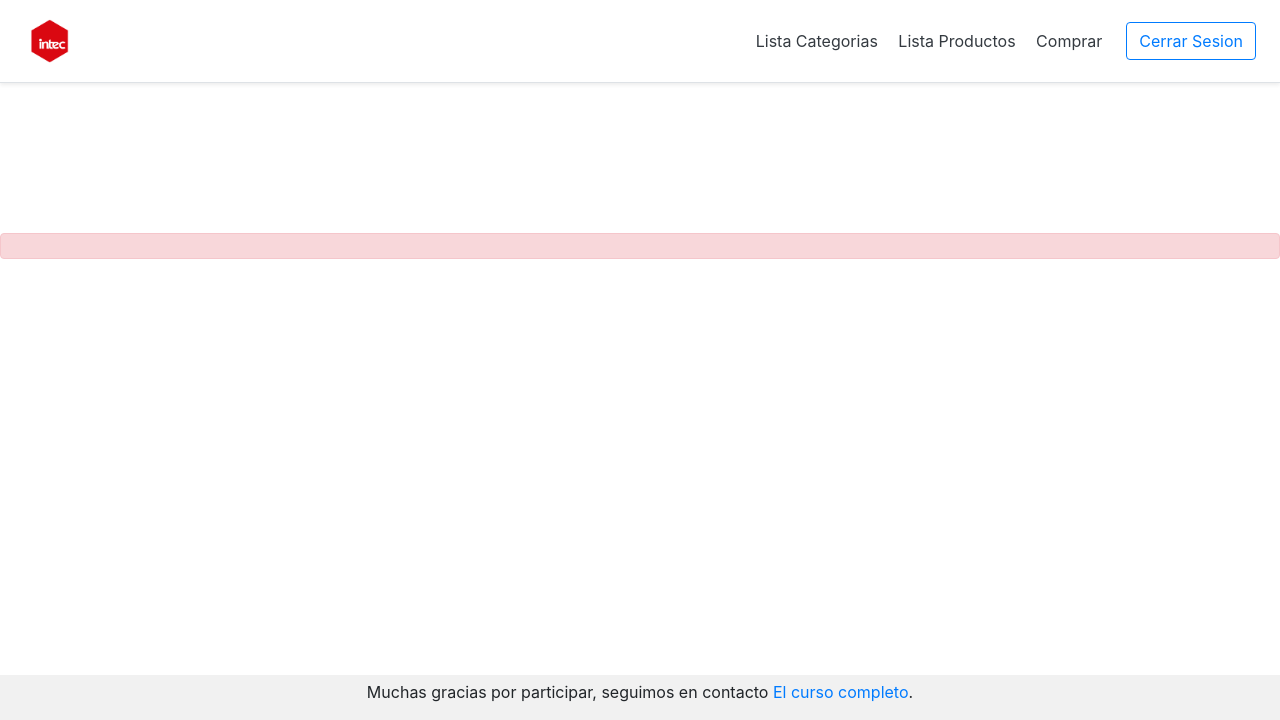
Repository: resttechsolutions/onlineStore
Page: home.html
An editor plug-in stored every save of this project. The page is shown before and after a run of saves, followed by the edit.
The browser window is 1280 px wide. The pictures show the whole page.

Above is the page before, as saved 2020-09-05 18:28:40.

### home.html
<!DOCTYPE html>
<html lang="en">
<head>
    <meta charset="UTF-8">
    <meta name="viewport" content="width=device-width, initial-scale=1.0">
    <title>HomePage</title>
    <link rel="stylesheet" href="Assets/Lib/Bootstrap/css/bootstrap.css">
    <link rel="stylesheet" href="Assets/Css/home.css">
</head>
<body>
    <div class="d-flex flex-column flex-md-row align-items-center p-3 px-md-4 mb-3 bg-white border-bottom shadow-sm">
        <h5 class="my-0 mr-md-auto font-weight-normal">
            <img src="Assets/Img/logo-intec.jpg" style="height:50px" alt="Avatar" class="avatar">
        </h5>
        <nav class="my-2 my-md-0 mr-md-3">
            <a class="p-2 text-dark" href="#">Lista Categorias</a>
            <a class="p-2 text-dark" href="#">Lista Productos</a>
            <a class="p-2 text-dark" href="#">Comprar</a>

        </nav>
        <a id="btn-cerrarSesion" class="btn btn-outline-primary" href="#">Cerrar Sesion</a>
    </div>

    <main role="main" class="text-center">
        <div id="divError" style="display: none" class="alert"></div>
        <div id="PageOk">
            <h1 class="cover-heading">Diplomado Páginas Web: HTML, CSS y JavaScript</h1>
            <p>Practica final de implementación de conocimientos adquiridos.</p>
            <p class="lead">
                <a href="#" class="btn btn-lg btn-success">Ver mas</a>
            </p>
        </div>
    </main>
    <footer>
        <p>Muchas gracias por participar, seguimos en contacto <a href="#">El curso completo</a>.</p>
    </footer>

    <script src="Assets/Lib/jQuery/jquery-3.5.1.min.js"></script>
    <script src="Assets/Js/home.js"></script>
</body>
</html>

### Assets/Css/home.css
main {
    margin-top: 150px;
}

footer {
   text-align: center;
   padding:5px 0 0 0;
    position: fixed;
    bottom: 0;
    left: 0;
    width: 100%;
    background-color:#f1f1f1
}

### Assets/Js/home.js
$(function(){
    if (localStorage.getItem('UserIsValid') != '1') {
        $('#PageOk').hide();
        $('#divError').show();

        //Add error Div Class
        $('#divError').addClass('alert-danger');

        //Write in to HTML Div
        $('#divError')
    }
});

$('#btn-cerrarSession').click(function (){
    localStorage.setItem('UserIsValid', 0);
    window.location.href = 'login.html';
})

Loaded but not shown: Assets/Lib/Bootstrap/css/bootstrap.css (library); Assets/Lib/jQuery/jquery-3.5.1.min.js (library)

After the next 6 saves:
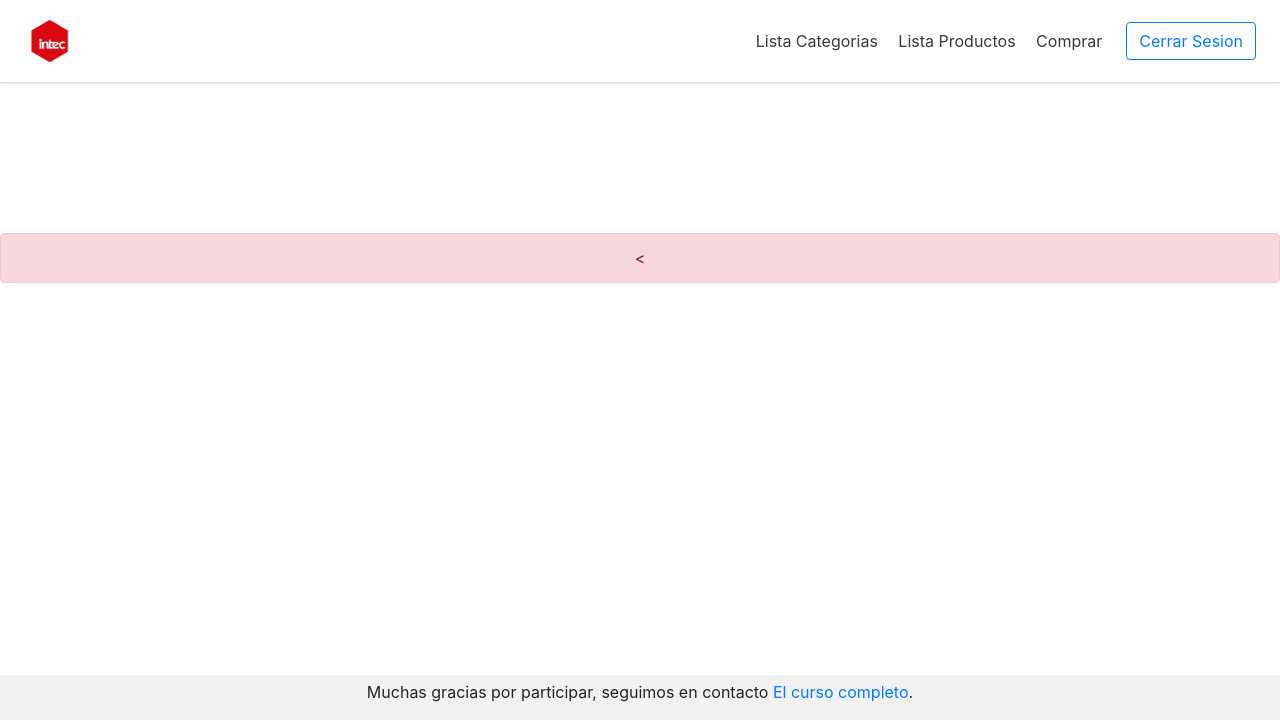
The 6 saves are shown as one change because they came seconds apart.
The last was saved 12 s later.
--- a/Assets/Js/home.js
+++ b/Assets/Js/home.js
@@ -7,7 +7,7 @@
         $('#divError').addClass('alert-danger');
 
         //Write in to HTML Div
-        $('#divError')
+        $('#divError').html('<')
     }
 });
 
